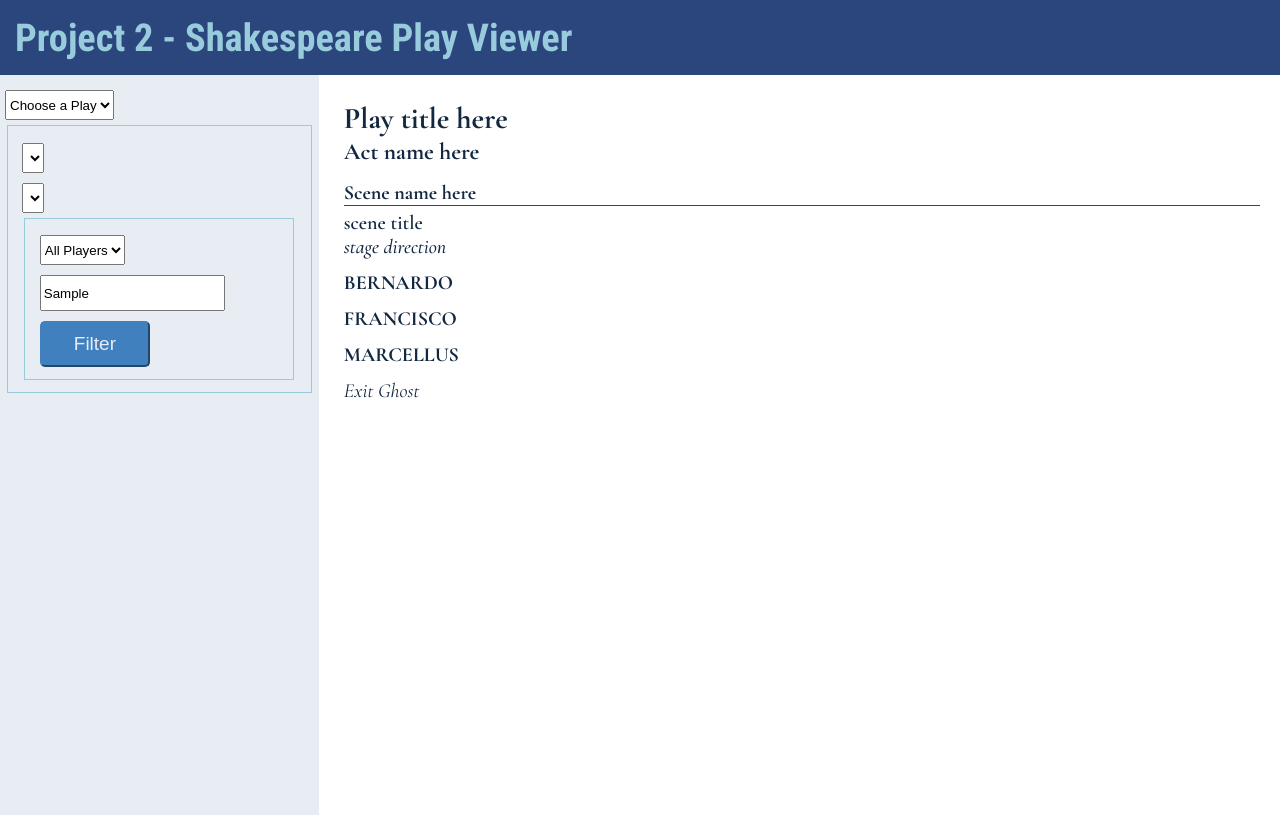
Repository: nsriv531/web3lab
Page: starting_files/ch10-proj02.html
The author's editor kept a copy of each file at every save. The page is drawn from the files as they stood at one save, then again after the next save.
The browser window is 1280 px wide. The pictures show the whole page.
Empty fields were first filled with sample values (such as "Sample", 5 or name@example.com).
After loading, the first visible `#btnHighlight` was clicked once.

Above is the page before, as saved 2024-01-31 22:44:09.

After the next save:
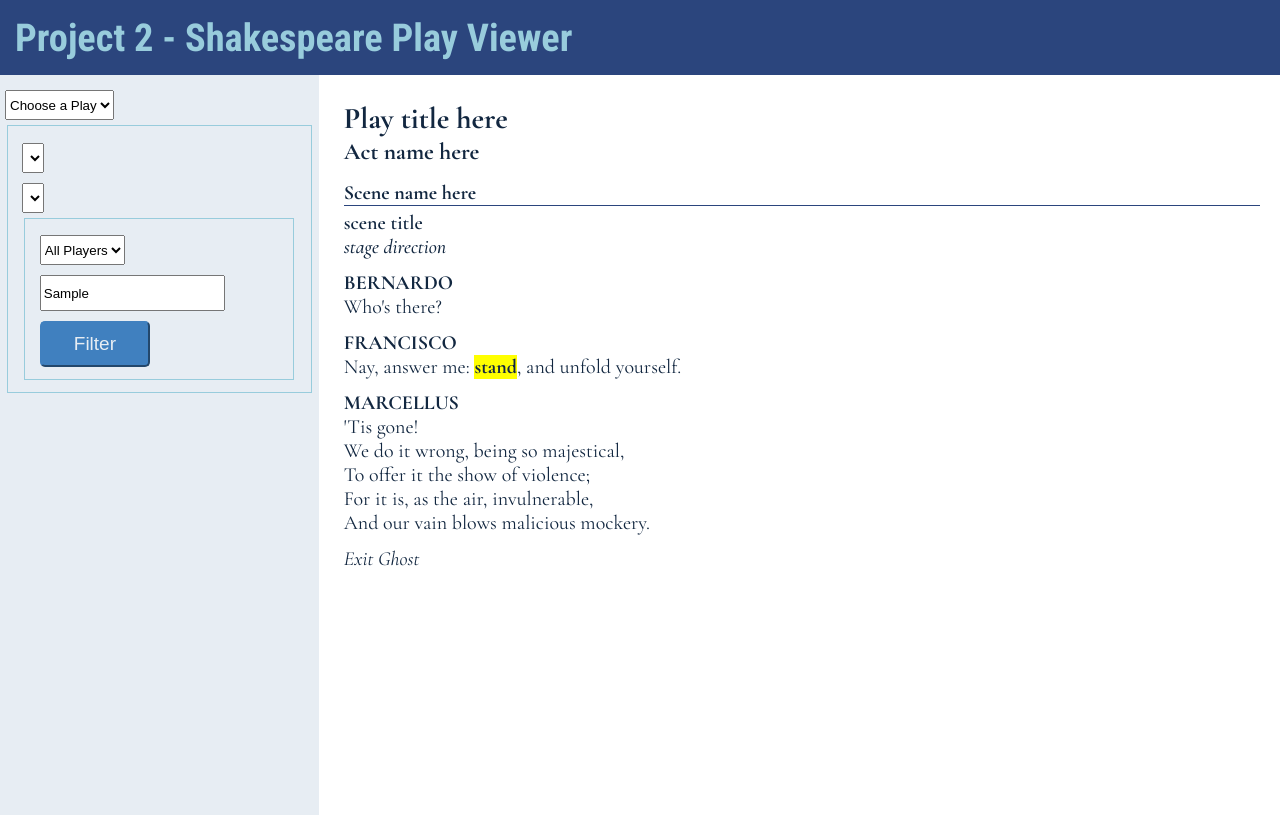
Saved 3 min 5 s later.
--- a/starting_files/ch10-proj02.js
+++ b/starting_files/ch10-proj02.js
@@ -37,65 +37,17 @@
             // Iterate over each paragraph
             speechParagraphs.forEach(paragraph => {
                 const text = paragraph.textContent.trim().toLowerCase();
-                const highlightedText = [];
 
                 // Clear existing highlights
-                paragraph.querySelectorAll('.highlight').forEach(span => {
-                    const textNode = document.createTextNode(span.textContent);
-                    span.parentNode.replaceChild(textNode, span);
-                });
+                paragraph.innerHTML = paragraph.innerHTML.replace(/<span class="highlight">(.*?)<\/span>/g, '$1');
 
                 // Highlight matching text
                 if (filterText !== '') {
-                    let startIndex = 0;
-                    let index;
-                    while ((index = text.indexOf(filterText, startIndex)) !== -1) {
-                        // Check if the match is a whole word
-                        const isWholeWord = isWholeWordMatch(text, filterText, index);
-
-                        if (isWholeWord) {
-                            const range = document.createRange();
-                            const startNode = paragraph.firstChild;
-                            const startOffset = Math.min(index, startNode.textContent.length - 1); // Ensure offset is within valid range
-
-                            if (startOffset >= 0) { // Check if the index is valid
-                                const endOffset = startOffset + filterText.length;
-                                range.setStart(startNode, startOffset);
-                                range.setEnd(startNode, endOffset);
-                                const span = document.createElement('span');
-                                span.className = 'highlight';
-                                span.style.backgroundColor = 'yellow'; // Ensure the background color is set to yellow
-                                range.surroundContents(span);
-                                highlightedText.push(filterText);
-                                startIndex = endOffset;
-                            } else {
-                                break; // Exit the loop if the index is not valid
-                            }
-                        } else {
-                            startIndex = index + 1; // Move to the next character after the current match
-                        }
-                    }
+                    const regex = new RegExp(`\\b${filterText}\\b`, 'gi'); // Word boundary regex for whole word matching
+                    paragraph.innerHTML = paragraph.innerHTML.replace(regex, '<span class="highlight">$&</span>');
                 }
-
-                // Show/hide paragraph based on filter text
-                if (filterText === '' || highlightedText.length > 0) {
-                    paragraph.style.display = 'block';
-                } else {
-                    paragraph.style.display = 'none';
-                }
-            });
-        });
-
-// Function to check if a match is a whole word
-function isWholeWordMatch(text, filterText, index) {
-    const beforeChar = index === 0 || !isAlphaNumeric(text[index - 1]);
-    const afterChar = index + filterText.length === text.length || !isAlphaNumeric(text[index + filterText.length]);
-    return beforeChar && afterChar;
-}
-
-function isAlphaNumeric(char) {
-    return /^[a-zA-Z0-9]+$/.test(char);
-}
+            });
+        });
          // Add change event handler to playList select
          playListSelect.addEventListener('change', function() {
             // Get the selected play value from the option
